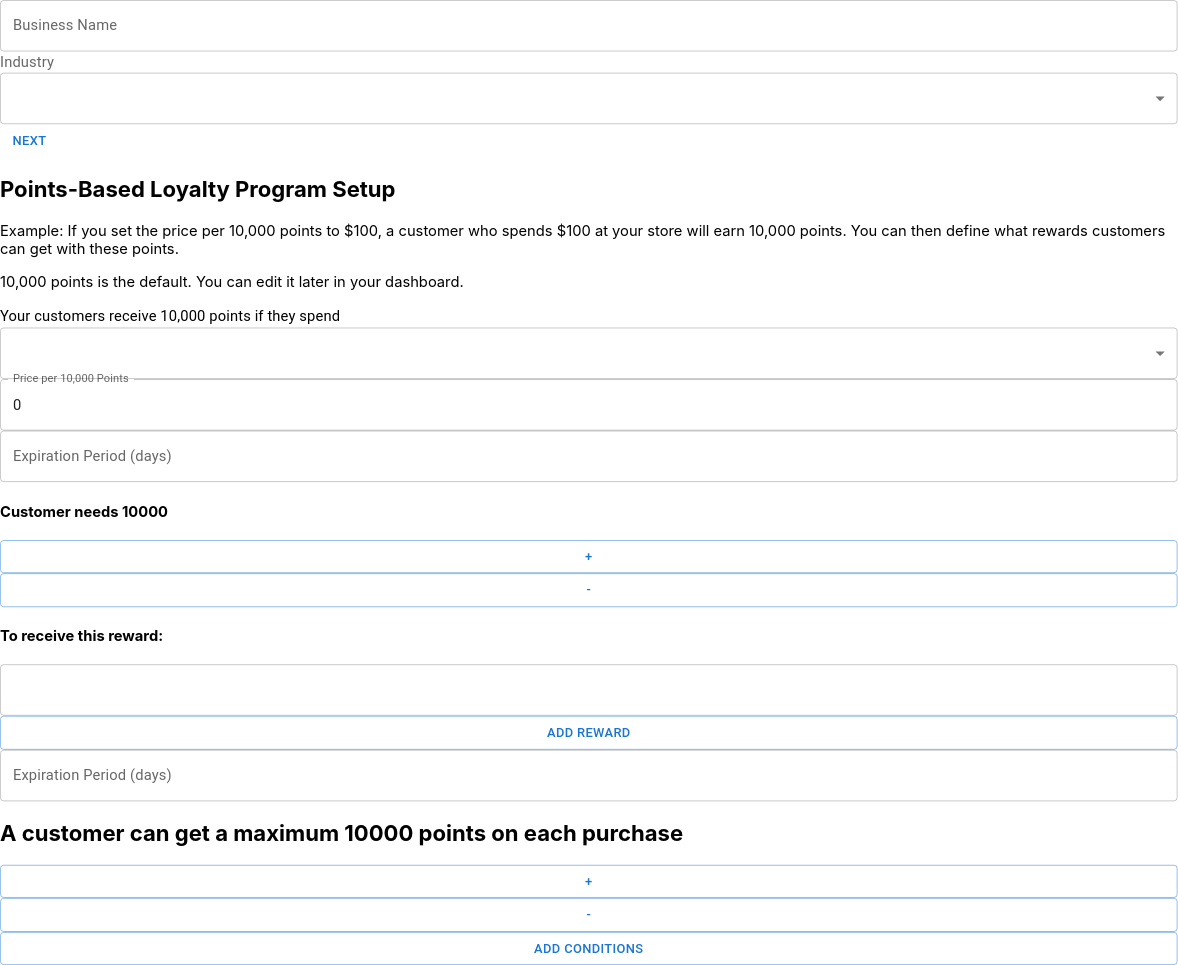
Repository: Armstrong2035/loyaltyTrackr
Page: /onboarding (app in loyalty-trackr/)
The author's editor kept a copy of each file at every save. The page is drawn from the files as they stood at one save, then again after the next save.
The browser window is 1280 px wide. The pictures show the whole page, at 92% of full size.
The project was rebuilt for these pictures with package versions that can differ from the ones it lists, and the page was loaded fresh each time. Also part of the build but not shown: loyalty-trackr/src/firebase.js, loyalty-trackr/src/Authentication/Signup.js, loyalty-trackr/src/Home/Home.js, loyalty-trackr/src/Authentication/Login.js.

Above is the page before, as saved 2024-06-07 13:21:00.

After the next save:
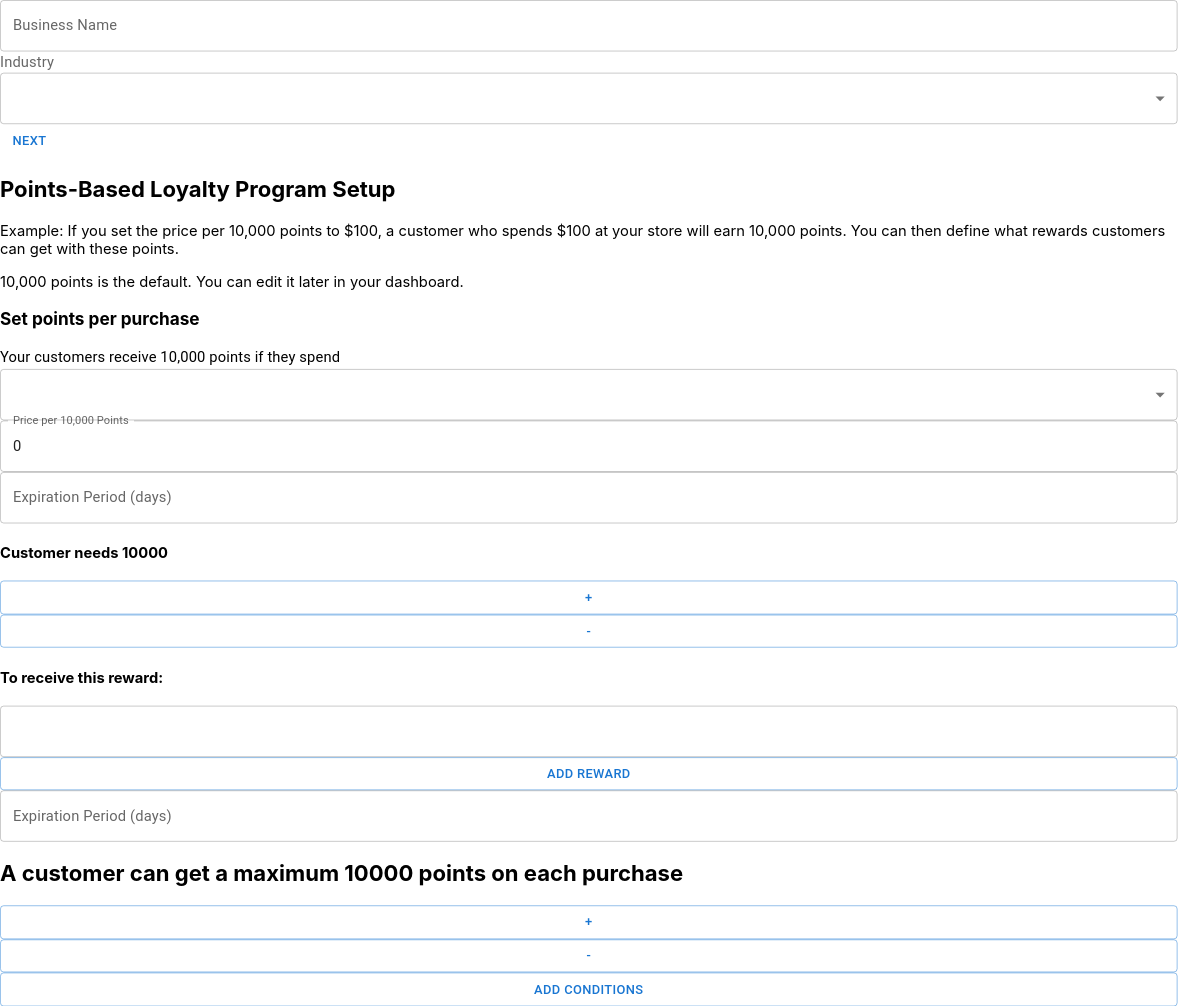
Saved 50 s later.
--- a/loyalty-trackr/src/Onboarding/LoyaltySetup/PointsBased/PointsBased.js
+++ b/loyalty-trackr/src/Onboarding/LoyaltySetup/PointsBased/PointsBased.js
@@ -19,6 +19,8 @@ export const PointsBased = () => {
         10,000 points is the default. You can edit it later in your dashboard.
       </p>
 
+      <h3>Set points per purchase</h3>
+
       <PointsPerPurchase />
       <RedemptionOption />
       <Conditions />
